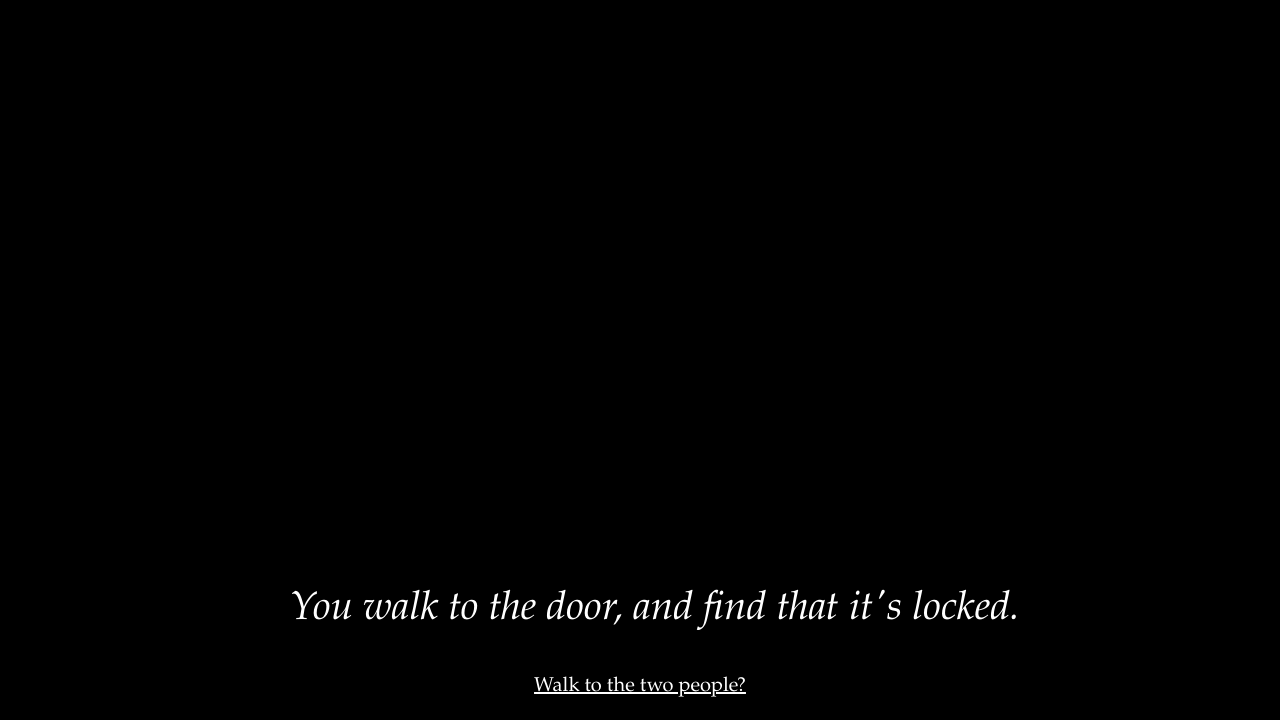
Repository: yiy225/yiy225.github.io
Page: final/ww1.html
The author's editor kept a record of every edit. The page is drawn from the files as they stood at one moment, then again after the next edit.
The browser window is 1280 px wide. The pictures show the whole page.

Above is the page before.

### final/ww1.html
<!DOCTYPE html>
<html>
   <head>
        <title>The Dance of Death</title>
        <link href="styles ww2.css" rel="stylesheet">
    </head>
    <body>
     <div class= div1></div>

     <div class= div2>
         <br>
         <br>
         <br>
         <br>
         <br>
         <br>
         <br>
         <br>
         <br>
         <br>
         <br>
         <div class= c1>
         <i>You walk to the door, and find that it's locked.</i></div></div>
     <a href="page4">Walk to the two people?</a>

    </body>
</html>

### final/ym/styles ww2.css
body {
    background-color: black;
    font-size: 40px;
    font-family: Garamond, serif;
    text-align: center;
    color: white;
}


.div1 {
    margin: 0px auto;
    width: 200px;
    height: 50px ;
    text-align: center;
    margin-left: auto;
    margin-right: auto;

}

.div2 {
    background-color: black;
    height: 600px;
    width: 800px;
    z-index: 100;
    margin-left: auto;
    margin-right: auto;
    text-align: left;

}

.c1{
    position: relative;
    margin-left:auto;
    margin-right:auto;
    padding-left:50px;
    font-size: 40px;
    color: white;
}

a:link {
    color: white;
    font-size: 20px;
}

a:hover {
    color: white;
    font-size: 20px;
}

a:active {
	color: white;
	font-size: 20px;
}

a:visited {
	color: white;
	font-size: 20px;
}

After the next edit:
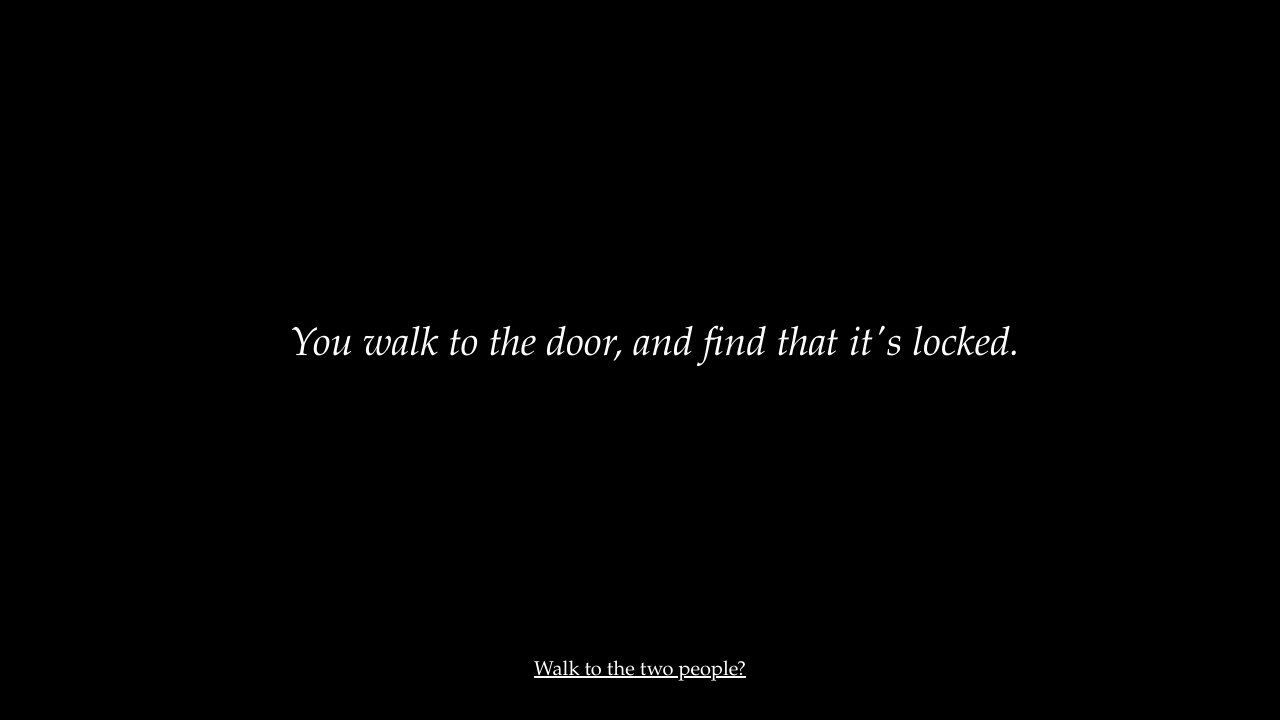
The edit:
--- a/final/ym/styles ww2.css
+++ b/final/ym/styles ww2.css
@@ -1,6 +1,6 @@
 body {
     background-color: black;
-    font-size: 40px;
+    font-size: 20px;
     font-family: Garamond, serif;
     text-align: center;
     color: white;
